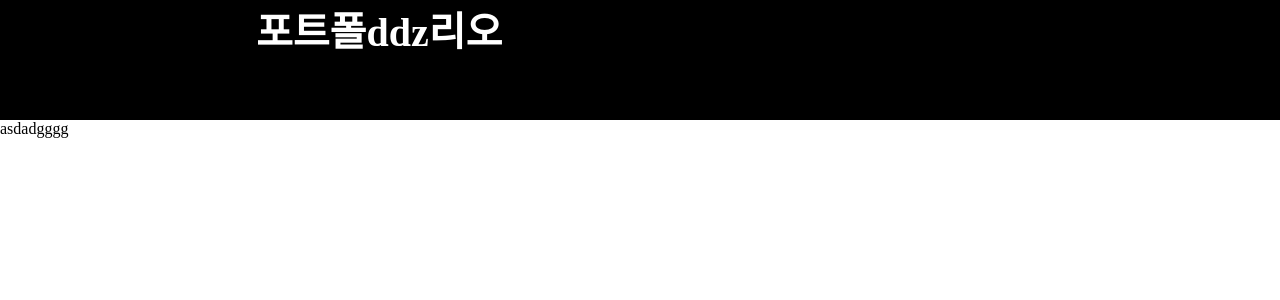
Repository: ItChoi/CSS-Study
Page: Css/WebContent/html/boostcourse/project-A1/portfolio.html
These files come from the project's save history. The page is drawn as it stood at one moment and after the next save; the edit follows.
The browser window is 1280 px wide. The pictures show the whole page.

Above is the page before, as saved 2019-06-17 12:20:17.

After the next save:
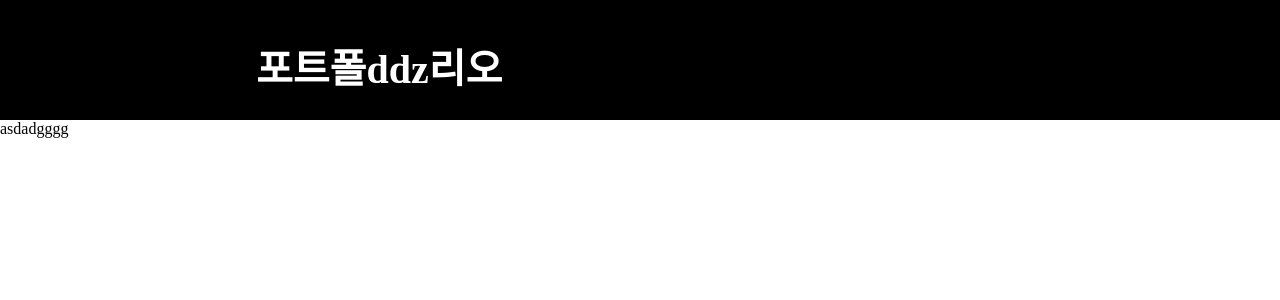
Saved 40 s later.
--- a/Css/WebContent/css/boostcourse/project-A1/portfolio.css
+++ b/Css/WebContent/css/boostcourse/project-A1/portfolio.css
@@ -28,5 +28,5 @@ html, body, .wrap {
 	color: white;
 	font-size: 40px;
 	font-weight: bold;
-	margin: auto;
+	line-height: 60px;
 }
